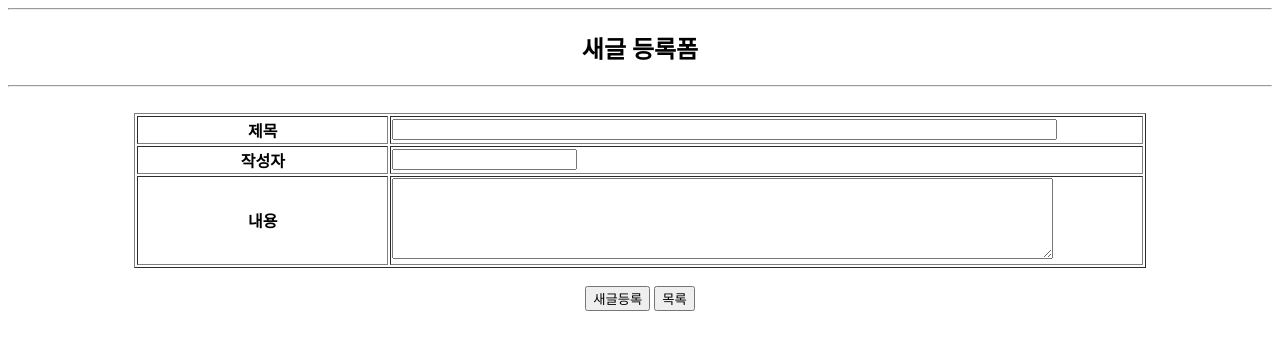
Repository: skim24245/web_workspace_src
Page: http://localhost/Mission-Web/jsp/board/writeForm.jsp
The author's editor kept a copy of each file at every save. The page is drawn from the files as they stood at one save, then again after the next save.
The browser window is 1280 px wide. The pictures show the whole page.
The page is served by Tomcat 9. Other server files are loaded and not shown.

Above is the page before, as saved 2022-06-02 08:16:14.

### Mission-Web/src/main/webapp/jsp/board/writeForm.jsp
<%@ page language="java" contentType="text/html; charset=UTF-8"
	pageEncoding="UTF-8"%>
<!DOCTYPE html>
<html>
<head>
<meta charset="UTF-8">
<title>Insert title here</title>
</head>
<body>
	<div align="center">
		<hr>
		<h2>
			새글 등록폼</h2>
			<hr>
			<br>
			<form>
				<table border="1" style="width: 80%">
					<tr>
						<th width="25%">제목</th>
						<td><input type="text" name="title" size="80"></td>
					</tr>
					<tr>
						<th width="25%">작성자</th>
						<td><input type="text" name="writer"></td>
					</tr>
					<tr>
						<th width="25%">내용</th>
						<td>
						<textarea rows="5" cols="80" name="content"></textarea>
						</td>
					</tr>

				</table>
				<br>
				<input type="submit" value="새글등록">
				<button>목록</button>
			</form>
	</div>
</body>
</html>

After the next save:
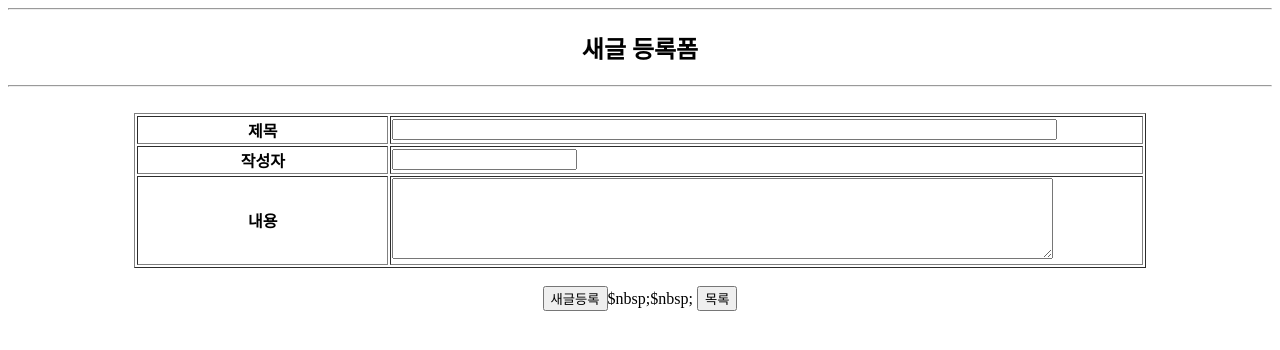
Saved 24 s later.
--- a/Mission-Web/src/main/webapp/jsp/board/writeForm.jsp
+++ b/Mission-Web/src/main/webapp/jsp/board/writeForm.jsp
@@ -32,7 +32,7 @@
 
 				</table>
 				<br>
-				<input type="submit" value="새글등록">
+				<input type="submit" value="새글등록">$nbsp;$nbsp;
 				<button>목록</button>
 			</form>
 	</div>
